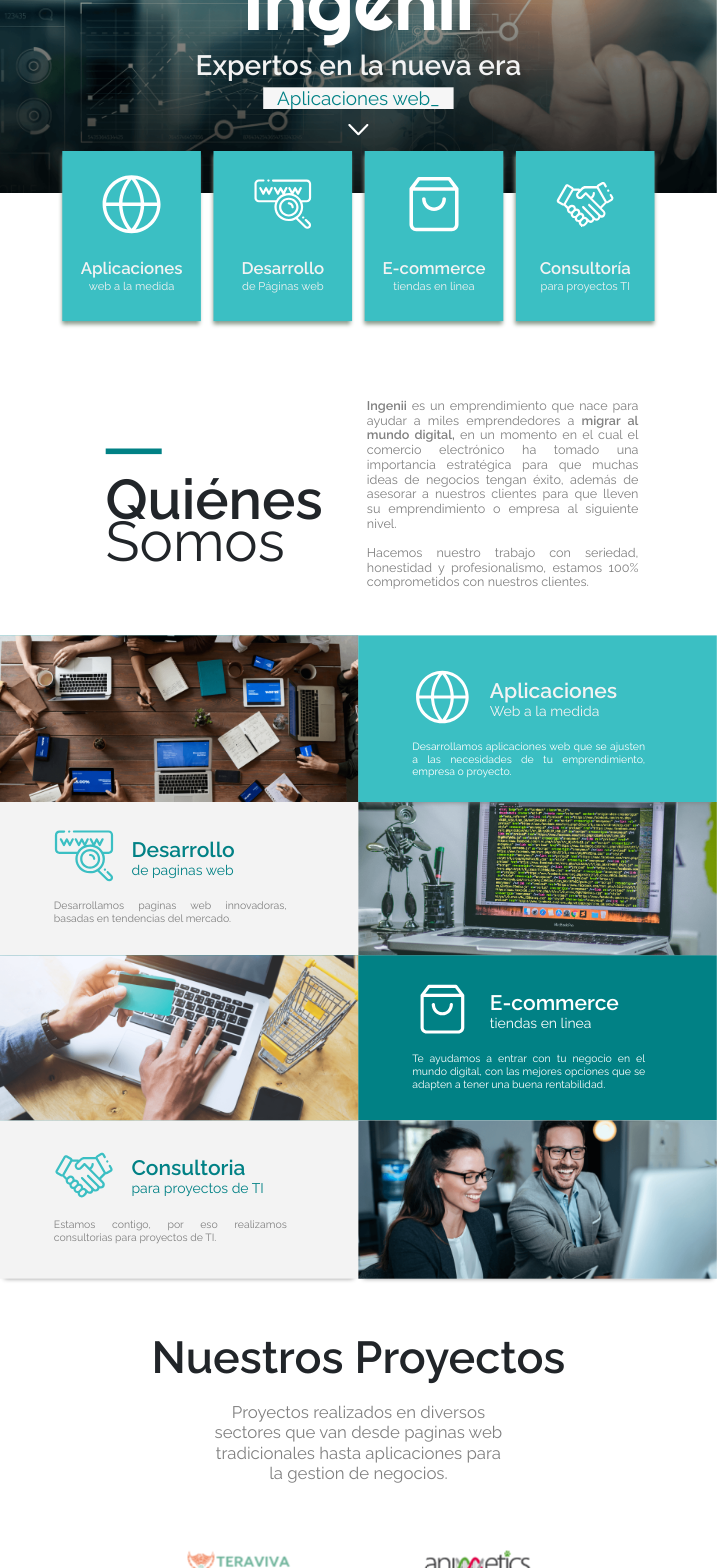
Repository: mariomr87/testwebpage
Page: index.html
An editor plug-in stored every save of this project. The page is shown before and after the next save, followed by the edit.
The browser window is 1024 px wide. The pictures show the part of the page from y = 324 to 2564 px (the page is 3451 px tall before and 3430 px after), at 70% of full size.
Some web libraries are served in a nearby version.

Above is the page before, as saved 2021-10-16 10:44:53.

After the next save:
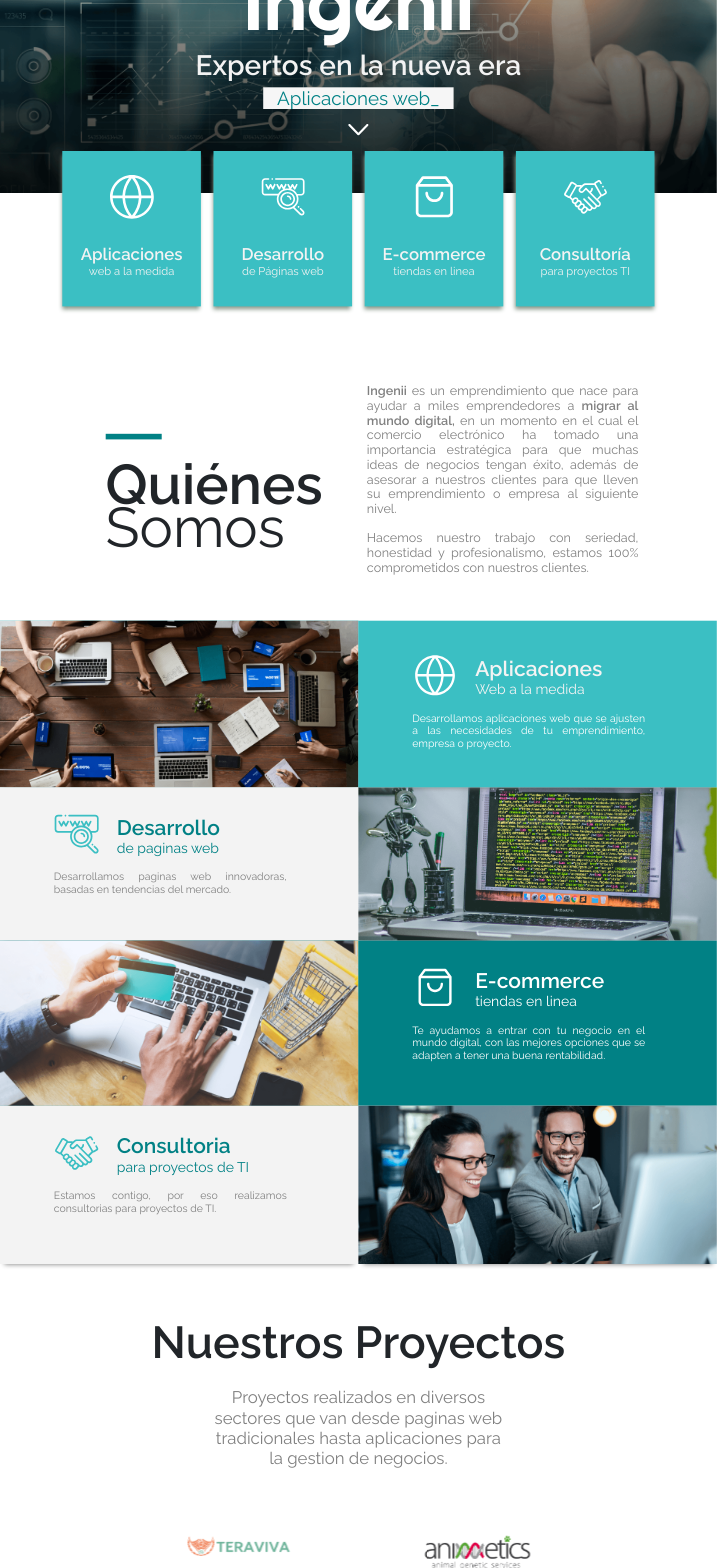
Saved 102 s later.
--- a/style.css
+++ b/style.css
@@ -371,6 +371,11 @@ body{
 		font-size: 30px;
 	}
 
+	.icon-serv {
+		width: 65px;
+
+	}
+
 
 
 }
